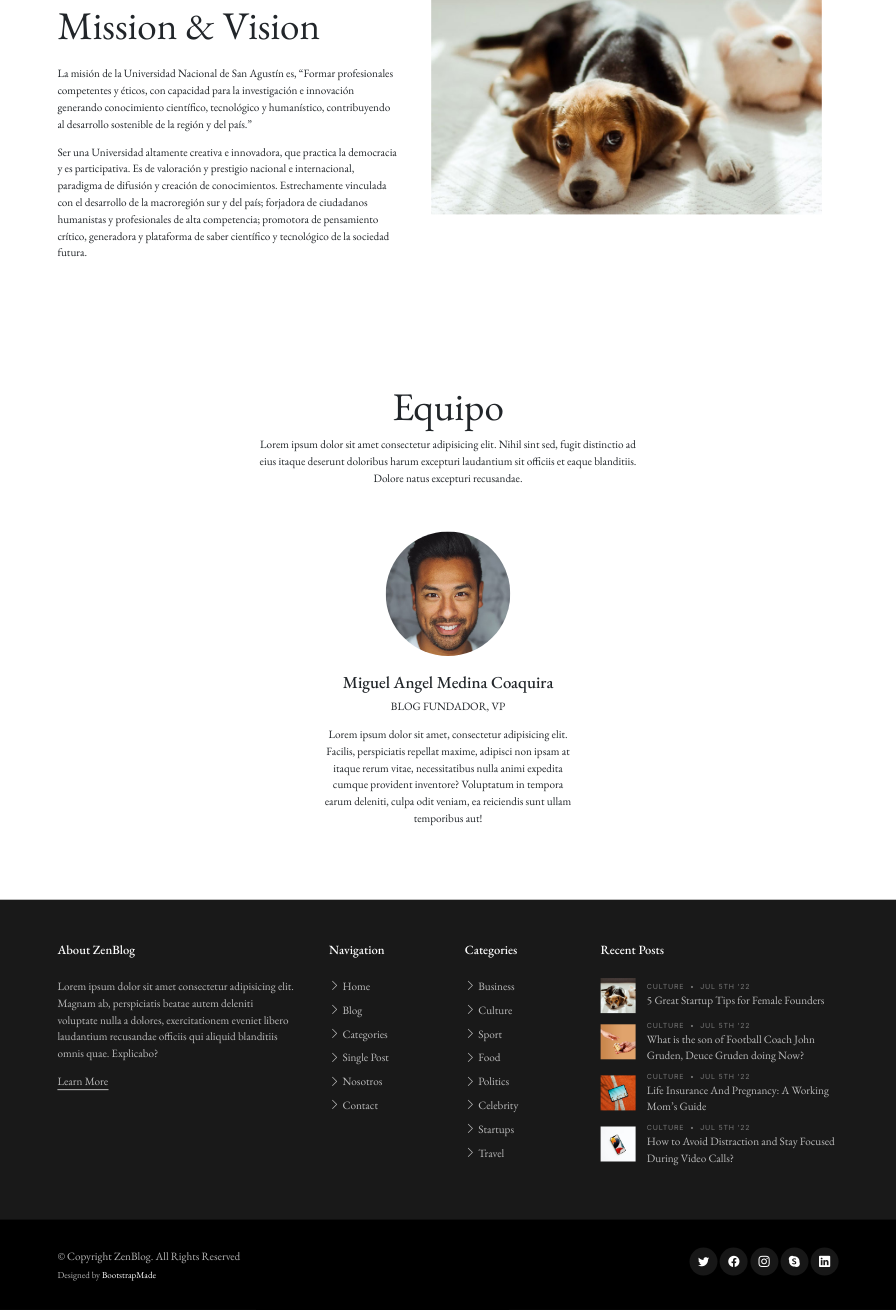
Repository: MiguelDev5/blog-miguel
Page: about.html
An editor plug-in stored every save of this project. The page is shown before and after the next save, followed by the edit.
The browser window is 1280 px wide. The pictures show the part of the page from y = 785 to 2705 px (the page is 2657 px tall before and 2705 px after), at 70% of full size.
Some web fonts or font styles are not loaded; a fallback is used.

Above is the page before, as saved 2024-01-01 04:22:05.

After the next save:
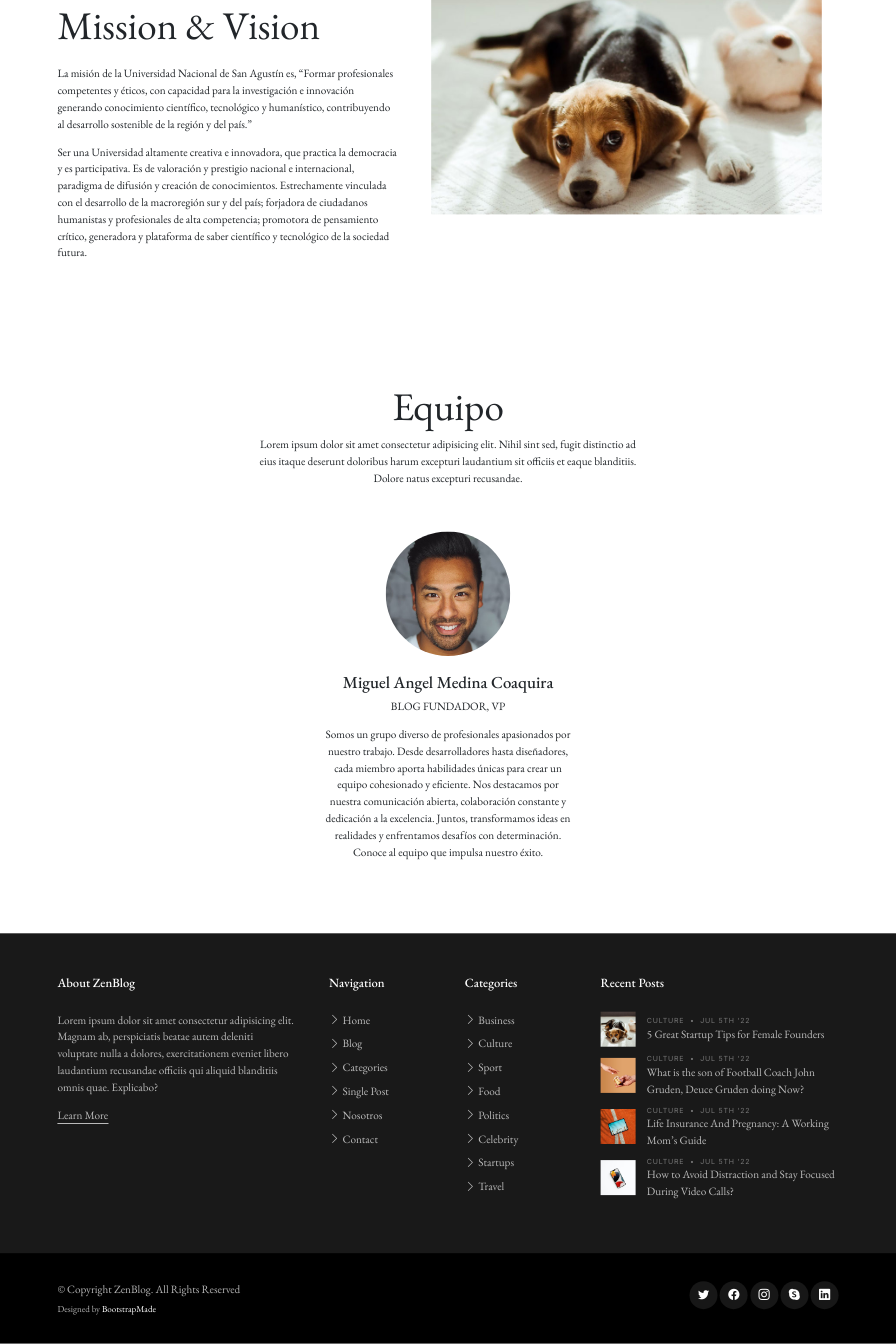
Saved 113 s later.
--- a/about.html
+++ b/about.html
@@ -159,7 +159,7 @@
             <img src="assets/img/person-2.jpg" alt="" class="img-fluid rounded-circle w-50 mb-4">
             <h4>Miguel Angel Medina Coaquira</h4>
             <span class="d-block mb-3 text-uppercase">Blog fundador, VP</span>
-            <p>Lorem ipsum dolor sit amet, consectetur adipisicing elit. Facilis, perspiciatis repellat maxime, adipisci non ipsam at itaque rerum vitae, necessitatibus nulla animi expedita cumque provident inventore? Voluptatum in tempora earum deleniti, culpa odit veniam, ea reiciendis sunt ullam temporibus aut!</p>
+            <p>Somos un grupo diverso de profesionales apasionados por nuestro trabajo. Desde desarrolladores hasta diseñadores, cada miembro aporta habilidades únicas para crear un equipo cohesionado y eficiente. Nos destacamos por nuestra comunicación abierta, colaboración constante y dedicación a la excelencia. Juntos, transformamos ideas en realidades y enfrentamos desafíos con determinación. Conoce al equipo que impulsa nuestro éxito.</p>
           </div>
         </div>
       </div>
